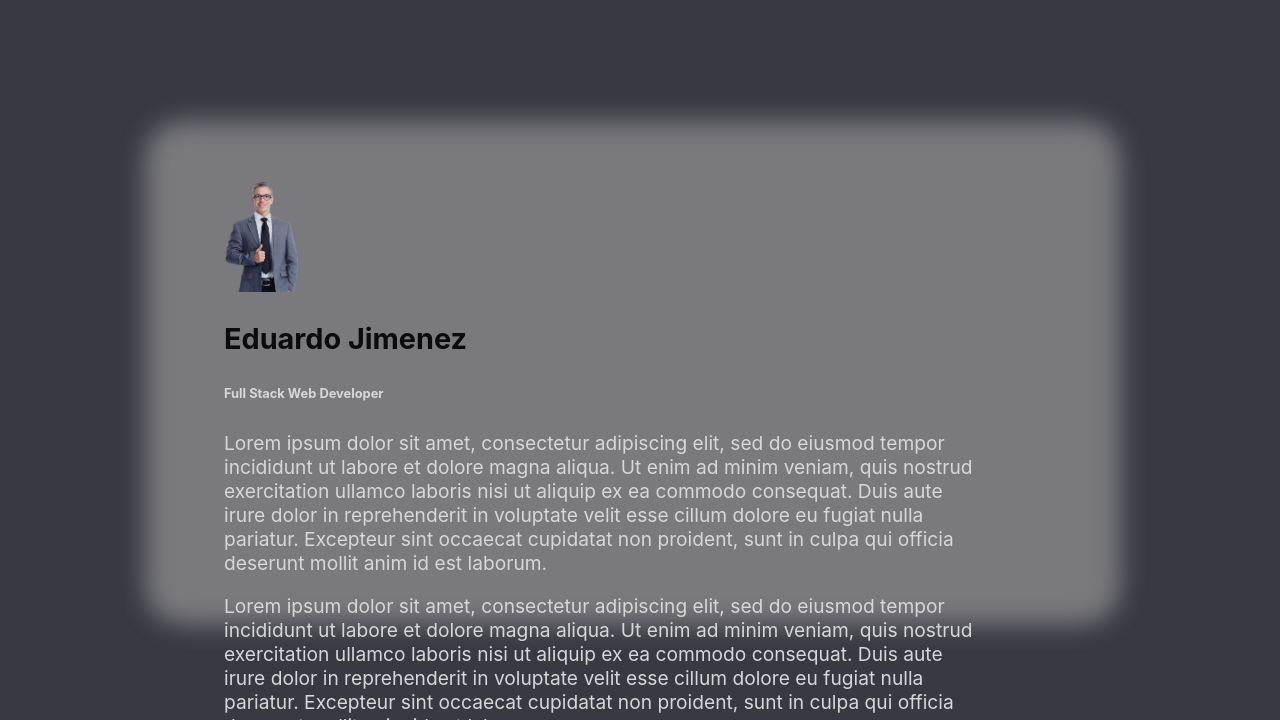
Repository: l8nightswithJS/react-my-portfolio
Page: /
These files come from the project's save history. The page is drawn as it stood at one moment and after the next save; the edit follows.
The browser window is 1280 px wide. The pictures show the whole page.
The project was rebuilt for these pictures with package versions that can differ from the ones it lists, and the page was loaded fresh each time.

Above is the page before, as saved 2021-04-29 13:16:10.

### src/App.js
import SplashPage from './pages/splashPage';

function App() {
  return (
    <SplashPage />
  );
}

export default App;

### src/pages/splashPage.js
import '../App.css';
import img from "../images/businessman.png"

function SplashPage() {
    return (
        <div className="App">
            <header className="App-header">
                <section>
                    <div>
                        <img src={img} alt="buisness man img"/>
                        <h1>Eduardo Jimenez</h1>
                        <h6>Full Stack Web Developer</h6>
                        <p>Lorem ipsum dolor sit amet, consectetur adipiscing elit, sed do eiusmod tempor incididunt ut labore et dolore magna aliqua. Ut enim ad minim veniam, quis nostrud exercitation ullamco laboris nisi ut aliquip ex ea commodo consequat. Duis aute irure dolor in reprehenderit in voluptate velit esse cillum dolore eu fugiat nulla pariatur. Excepteur sint occaecat cupidatat non proident, sunt in culpa qui officia deserunt mollit anim id est laborum.</p>

                        <p>Lorem ipsum dolor sit amet, consectetur adipiscing elit, sed do eiusmod tempor incididunt ut labore et dolore magna aliqua. Ut enim ad minim veniam, quis nostrud exercitation ullamco laboris nisi ut aliquip ex ea commodo consequat. Duis aute irure dolor in reprehenderit in voluptate velit esse cillum dolore eu fugiat nulla pariatur. Excepteur sint occaecat cupidatat non proident, sunt in culpa qui officia deserunt mollit anim id est laborum.</p>

                    </div>
                </section>
            </header>
        </div>
    );
}

export default SplashPage;

### src/App.css
.App {
  height: 100vh;
  width: 100%;
  background-color: rgb(56, 58, 65);
}

section {
  position: fixed;
  top: 0;
  bottom: 0;
  left: 0;
  right: 0;
  background-color: rgb(139, 138, 142);
  height: 50vh;
  width: 65vw;
  margin: auto;
  font-size: 1.2em;
  color: white;
  box-shadow: -1vh 1vw 2vw 10vh rgb(139, 138, 142);
  opacity: .8;
  border-radius: 1.5vh;
}

section div {
  max-width: 90%;
  max-height: 90%;
}

section div h1 {
  color: black;
}

section div img {
  width: 10%;
  height: 12%;
}

Loaded but not shown: public/index.html (common file); src/index.js (common file); src/index.css (common file); src/reportWebVitals.js (common file)

After the next save:
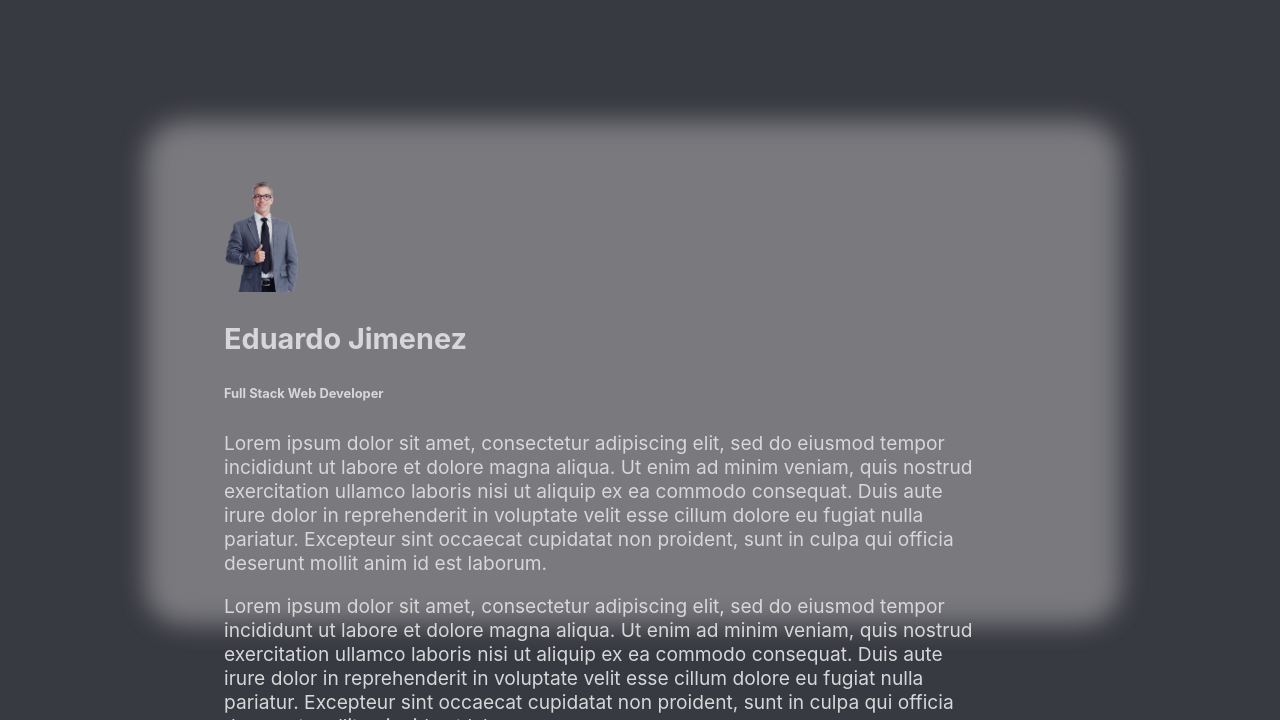
Saved 20 s later.
--- a/src/App.css
+++ b/src/App.css
@@ -26,7 +26,7 @@
   max-height: 90%;
 }
 
-section div h1 {
+section div h1 h6{
   color: black;
 }
 

After the save that followed:
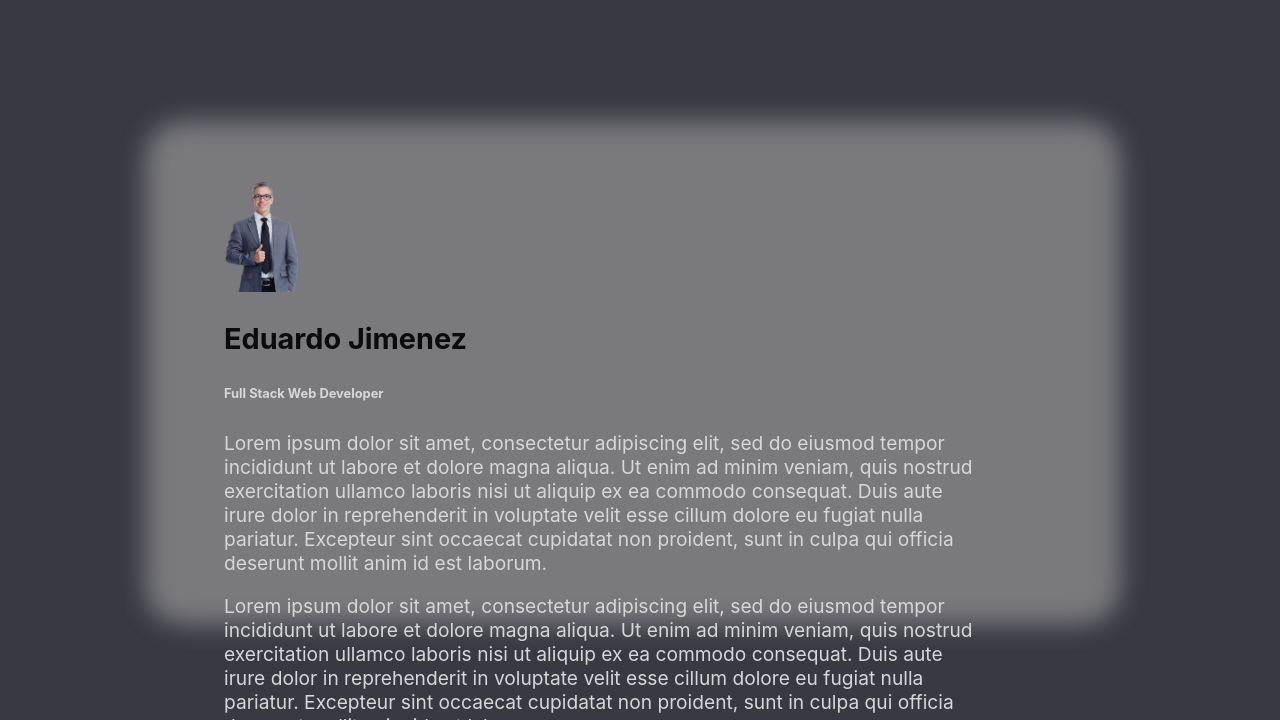
Saved 10 s later.
--- a/src/App.css
+++ b/src/App.css
@@ -26,7 +26,7 @@
   max-height: 90%;
 }
 
-section div h1 h6{
+section div h1 {
   color: black;
 }
 
